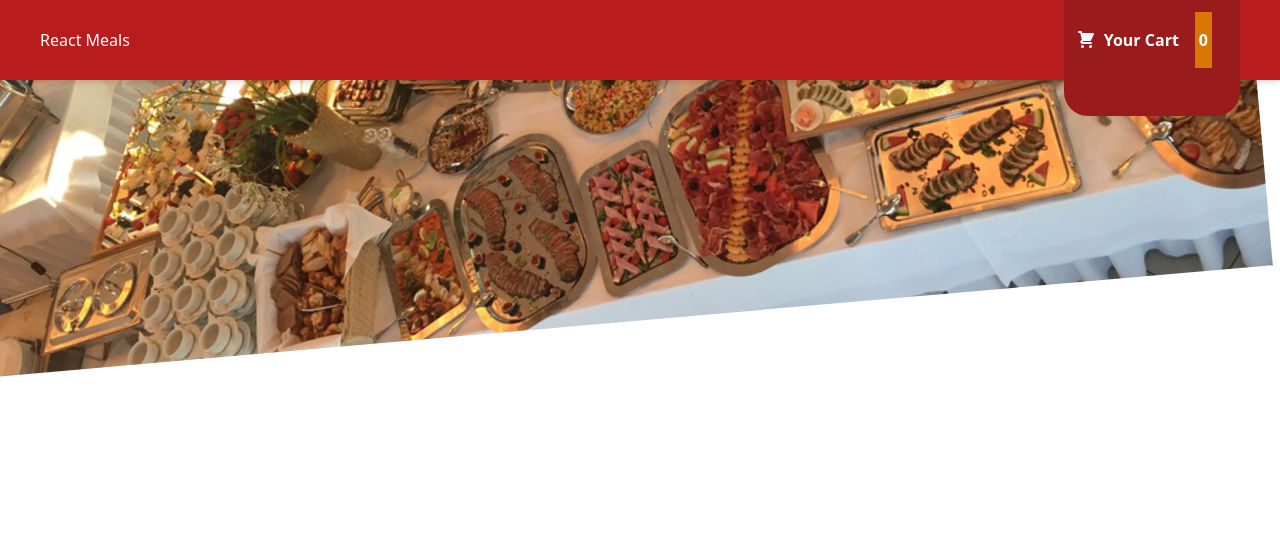
Repository: AidanHak/udemy-food-order-app
Page: /
The author's editor kept a copy of each file at every save. The page is drawn from the files as they stood at one save, then again after the next save.
The browser window is 1280 px wide. The pictures show the whole page.
The project was rebuilt for these pictures with package versions that can differ from the ones it lists, and the page was loaded fresh each time. Also part of the build but not shown: craco.config.js.

Above is the page before, as saved 2021-10-17 11:34:04.

### src/App.js
import './App.css';
import Header from './components/Layout/Header';

function App() {
	return (
		<div className="App">
			<Header />
		</div>
	);
}

export default App;

### src/components/Layout/Header.js
import React from 'react';
import mealsImage from '../../assets/meals.jpg';
import styles from './Header.module.css';
import HeaderCartButton from './HeaderCartButton';

const Header = (props) => {
	return <>
		<header className={styles.header}>
			<h1>React Meals</h1>
			<HeaderCartButton />
		</header>
		<div className={styles['main-image']}>
			<img src={mealsImage} alt="A table full of delicious food!" />
		</div>
	</>;
}

export default Header;

### src/components/Layout/Header.module.css
.header {
	@apply fixed top-0 left-0 w-full h-20 bg-red-700 text-white flex justify-between items-center px-10 shadow-md z-10;
}

.main-image {
	@apply w-full h-96 z-0 overflow-hidden;
}

.main-image img {
	width: 110%;
	transform: rotateZ(-5deg) translateY(-4rem) translateX(-1rem);
	@apply h-full object-cover;
}

### src/components/Layout/HeaderCartButton.js
import CartIcon from '../Cart/CartIcon';
import styles from './HeaderCartButton.module.css';

const HeaderCartButton = (props) => {
	return <button className={styles.button}>
		<span className={styles.icon}>
			<CartIcon />
		</span>
		<span>Your Cart</span>
		<span className={styles.badge}>0</span>
	</button>
}

export default HeaderCartButton;

### src/components/Cart/CartIcon.js
const CartIcon = () => {
	return (
	  <svg
		xmlns='http://www.w3.org/2000/svg'
		viewBox='0 0 20 20'
		fill='currentColor'
	  >
		<path d='M3 1a1 1 0 000 2h1.22l.305 1.222a.997.997 0 00.01.042l1.358 5.43-.893.892C3.74 11.846 4.632 14 6.414 14H15a1 1 0 000-2H6.414l1-1H14a1 1 0 00.894-.553l3-6A1 1 0 0017 3H6.28l-.31-1.243A1 1 0 005 1H3zM16 16.5a1.5 1.5 0 11-3 0 1.5 1.5 0 013 0zM6.5 18a1.5 1.5 0 100-3 1.5 1.5 0 000 3z' />
	  </svg>
	);
  };

  export default CartIcon;

### src/components/Layout/HeaderCartButton.module.css
.button {
	@apply cursor-pointer border-none bg-red-800 text-white px-3 py-12 flex justify-around items-center rounded-3xl font-bold;
}

.button:hover,
.button:active {
	@apply bg-red-900;
}

.icon {
	@apply w-5 h-5 mr-2;
}

.badge {
	@apply bg-yellow-600 px-1 py-4 mx-4 font-bold;
}

.button:hover .badge,
.button:active .badge {
	@apply bg-yellow-800;
}

.bump {
	animation: bump 300ms ease-out;
}

@keyframes bump {
	0% {
		transform: scale(1);
	}
	10% {
		transform: scale(0.9);
	}
	30% {
		transform: scale(1.1);
	}
	50% {
		transform: scale(1.15);
	}
	100% {
		transform: scale(1);
	}
}

### tailwind.config.js
module.exports = {
	purge: ['./src/**/*.{js,jsx,ts,tsx}', './public/index.html'],
	darkMode: false, // or 'media' or 'class'
	theme: {
		extend: {},
	},
	variants: {
		extend: {},
	},
	plugins: [],
}

### src/components/Meals/Meals.js
import AvailableMeals from "./AvailableMeals";
import MealsSummary from "./MealsSummary";

const Meals = () => {
	return <>
		<MealsSummary />
		<AvailableMeals />
	</>;
}

export default Meals;

### src/components/Meals/AvailableMeals.js
import styles from './AvailableMeals.module.css';

const STATIC_MEALS = [
	{
		id: 'm1',
		name: 'Sushi',
		description: 'Finest fish and veggies',
		price: 22.99,
	},
	{
		id: 'm2',
		name: 'Schnitzel',
		description: 'A german specialty!',
		price: 16.5,
	},
	{
		id: 'm3',
		name: 'Barbecue Burger',
		description: 'American, raw, meaty',
		price: 12.99,
	},
	{
		id: 'm4',
		name: 'Green Bowl',
		description: 'Healthy...and green...',
		price: 18.99,
	},
];

const AvailableMeals = () => {
	const mealsList = STATIC_MEALS.map(meal => <li>{meal.name}</li>);

	return <section className={styles.meals}>
		<ul>
			{mealsList}
		</ul>
	</section>
}

export default AvailableMeals;

### src/components/Meals/MealsSummary.js
import styles from './MealsSummary.module.css';

const MealsSummary = () => {
	return <section className={styles.summary}>
		<h2>Delicious Food, Delivered to You!</h2>
		<p>Choose your favorite meal from our broad selection of available meals and enjoy a delicious lunch or dinner at home.</p>
		<p>All our meals are cooked with high-quality ingredients, just-in-time and of course by experienced chefs!</p>
	</section>
}

export default MealsSummary;

### src/components/Meals/AvailableMeals.module.css
.meals {
	animation: meals-appear 1s ease-out forwards;
	@apply max-w-4xl w-11/12 my-8 mx-auto;
}

.meals ul {
	@apply list-none m-0 p-0;
}

@keyframes meals-appear {
	from {
		opacity: 0;
		transform: translateY(3rem);
	}

	to {
		opacity: 1;
		transform: translateY(0);
	}
}

### src/components/Meals/MealsSummary.module.css
.summary {
	background-color: #383838;
	box-shadow: 0 1px 18px 10px rgba(0, 0, 0, 0.25);
	@apply text-center max-w-2xl m-auto -mt-40 relative text-white rounded-xl p-4;
}

.summary h2 {
	@apply text-2xl mt-0;
}

Loaded but not shown: public/index.html (common file); src/index.js (common file); src/index.css (common file); src/reportWebVitals.js (common file); src/App.css (common file)

After the next save:
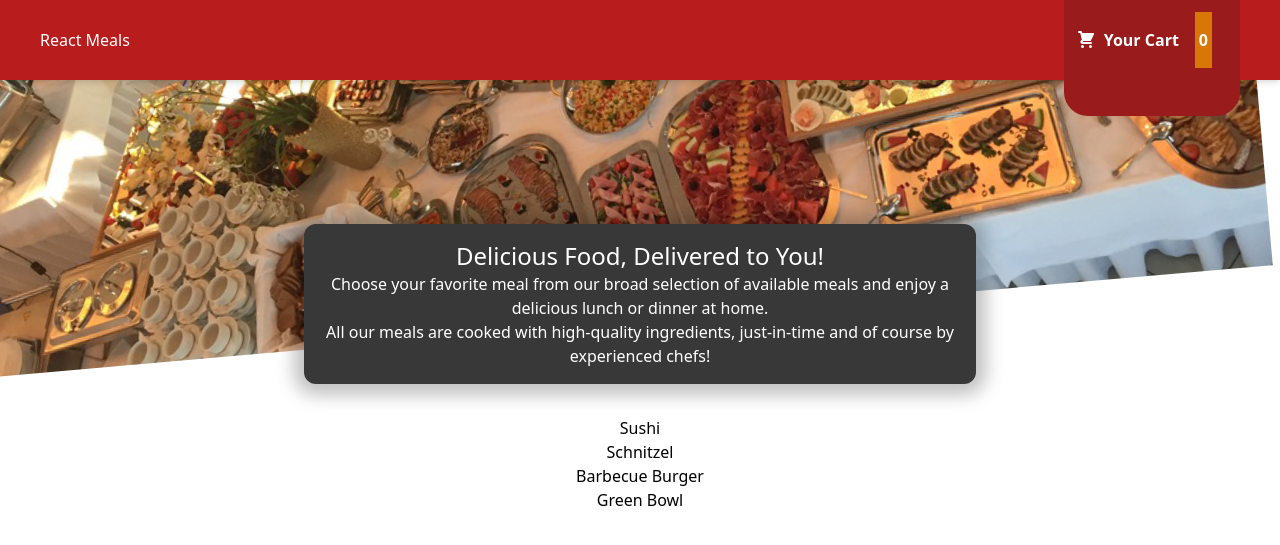
Saved 30 s later.
--- a/src/App.js
+++ b/src/App.js
@@ -1,10 +1,14 @@
 import './App.css';
 import Header from './components/Layout/Header';
+import Meals from './components/Meals/Meals';
 
 function App() {
 	return (
 		<div className="App">
 			<Header />
+			<main>
+				<Meals />
+			</main>
 		</div>
 	);
 }
